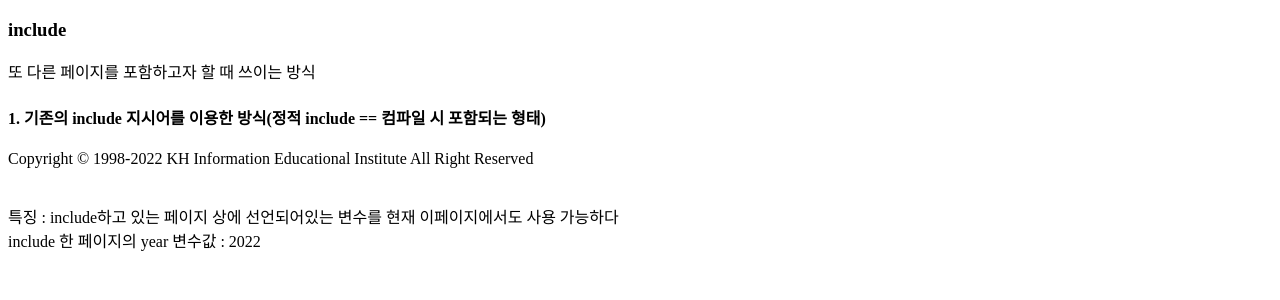
Repository: DonghwanSon1/ajax-jsp-study
Page: http://localhost/ActionProject/views/2_StandardAction/01_include.jsp
An editor plug-in stored every save of this project. The page is shown before and after the next save, followed by the edit.
The browser window is 1280 px wide. The pictures show the whole page.
The page is served by Tomcat 9.

Above is the page before, as saved 2022-07-12 05:20:21.

After the next save:
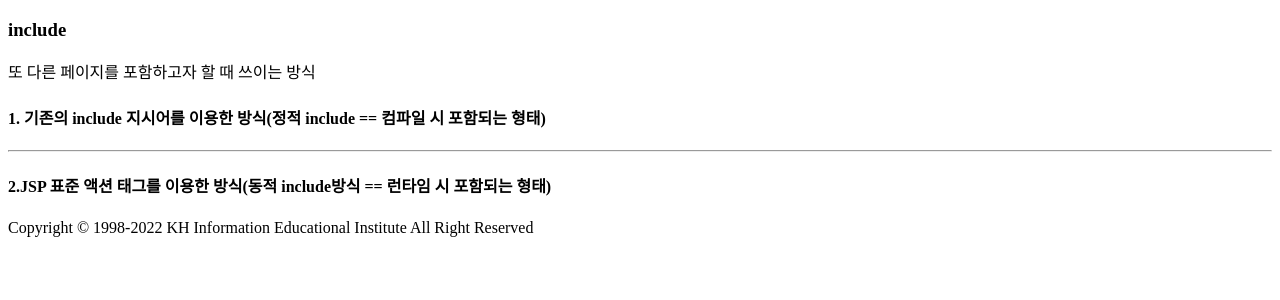
Saved 3 min 31 s later.
--- a/ActionProject/WebContent/views/2_StandardAction/01_include.jsp
+++ b/ActionProject/WebContent/views/2_StandardAction/01_include.jsp
@@ -16,7 +16,7 @@
 	</p>
 
 	<h4>1. 기존의 include 지시어를 이용한 방식(정적 include == 컴파일 시 포함되는 형태)</h4>
-
+	<%--
 	<%@ include file="footer.jsp" %>
 
 	<br><br>
@@ -25,7 +25,18 @@
 
 	include 한 페이지의 year 변수값 : <%= year %> <br><br>
 
+	단, 현재 이페이지에서 동일한 이름의 변수를 선언할 수 없음 <br>
 
+	<%
+		String year = "2022";
+	%>
+	--%>
+
+	<hr>
+
+	<h4>2.JSP 표준 액션 태그를 이용한 방식(동적 include방식 == 런타임 시 포함되는 형태)</h4>
+
+	<jsp:include page="footer.jsp"></jsp:include>
 
 
 
